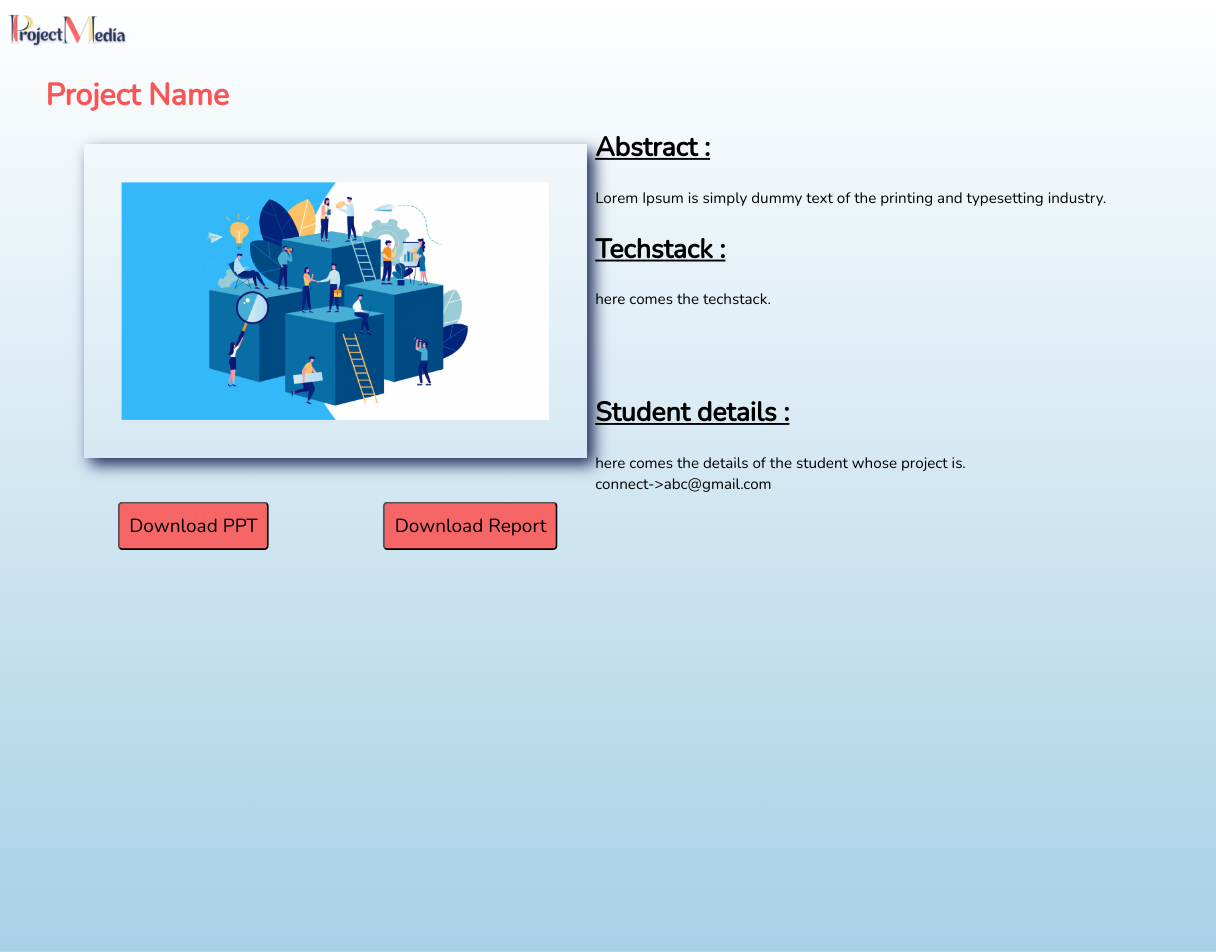
Repository: Sanskriti002/Projectpage
Page: index.html
These files come from the project's save history. The page is drawn as it stood at one moment and after a run of saves; the edit follows.
The browser window is 1280 px wide. The pictures show the whole page, at 95% of full size.

Above is the page before, as saved 2023-09-21 11:55:57.

### index.html
<!DOCTYPE html>
<html lang="en">
<head>
    <meta charset="UTF-8">
    <meta name="viewport" content="width=device-width, initial-scale=1.0">
    <title>Projects</title>
    <link rel="preconnect" href="https://fonts.googleapis.com">
<link rel="preconnect" href="https://fonts.gstatic.com" crossorigin>
<link href="https://fonts.googleapis.com/css2?family=Montserrat:wght@300;400;900&family=Nunito&family=Ubuntu&display=swap" rel="stylesheet">
<link rel="stylesheet" href="style.css">
</head>
<body>
    <div>
        <img src="logoss.png" alt="logos">
    </div>
    <div>
        <h1>Project Name</h1>
    </div>
    <section class="project">
        <img src="project.jpg" alt="projectimage">
    </section>
    <section>
        <button type="button" class="btn" onclick="alert('Downloaded')"> Download PPT</button>
        <button type="button" class="btn" onclick="alert('Downloaded')">Download Report</button>
    </section>
    <section class="content">
        <h2><u>Abstract :</u></h2></h2>
        <p>Lorem Ipsum is simply dummy text of the printing and typesetting industry.
            </p>
        <h2><u>Techstack :</u></h2>
        <p>here comes the techstack.<br>
        <br><br><br>
    </p>
        <h2><u>Student details :</u></h2>
        <p>here comes the details of the student whose project is.<br>
            connect->abc@gmail.com
        </p>


    </section>

</body>
</html>

### style.css
*{
    font-family: 'Nunito', sans-serif;

}
body{
    background:linear-gradient(white,#a8d0e6) ;
}
img {

    margin:0px;
    padding:0px;
    width:10%;
}
h1 {
    margin-left:40px;
    color:#f85656;
    font-size:32px;
}
.project img {
    width:450px;
    height:250px;
    padding: 40px;
    box-shadow: 7px 7px  15px  #24305e;
    margin-left:80px;
    margin-top: 10px;
    display:inline-flex;



}

.btn {
    background-color:#f66666;
    border-radius: 5px;
    color:black;
    text-align: center;
    text-decoration:none;
    display:inline-block;
    font-size:20px;
    padding: 10px;
    margin-left: 116px;
    margin-top: 40px;
    cursor:pointer;

}

.btn:hover {

}

.content {
    float:right;
    text-align: left;
    transform:translate(-20%,-110%);

}

.content h2{
    font-size: 28px;
}
.student {
    float:right;
}

After the next 3 saves:
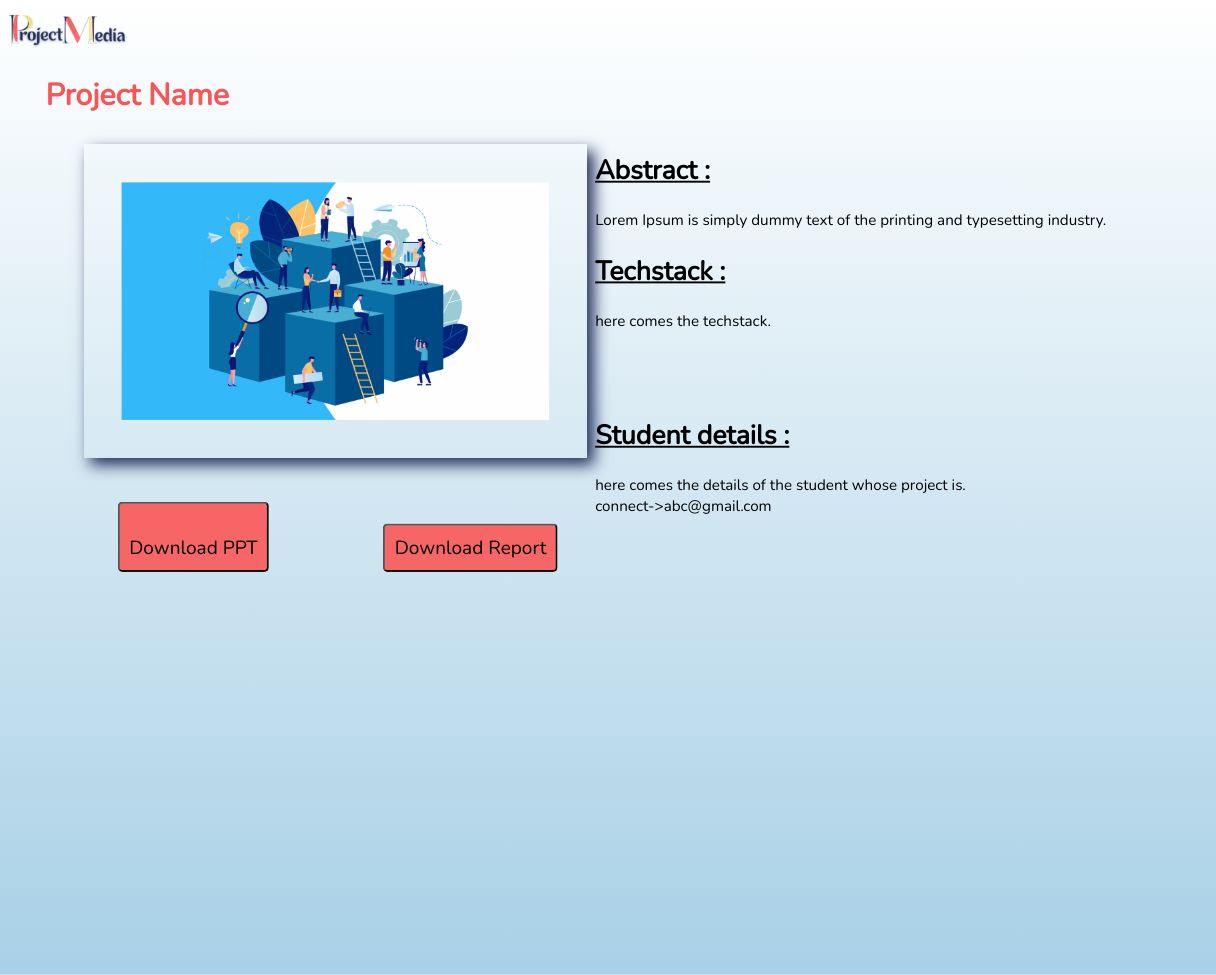
The 3 saves are shown as one change because they came seconds apart.
The last was saved 10 s later.
--- a/index.html
+++ b/index.html
@@ -20,7 +20,7 @@
         <img src="project.jpg" alt="projectimage">
     </section>
     <section>
-        <button type="button" class="btn" onclick="alert('Downloaded')"> Download PPT</button>
+        <button type="button" class="btn" onclick="alert('Downloaded')"> <h3></h3>Download PPT</button>
         <button type="button" class="btn" onclick="alert('Downloaded')">Download Report</button>
     </section>
     <section class="content">
